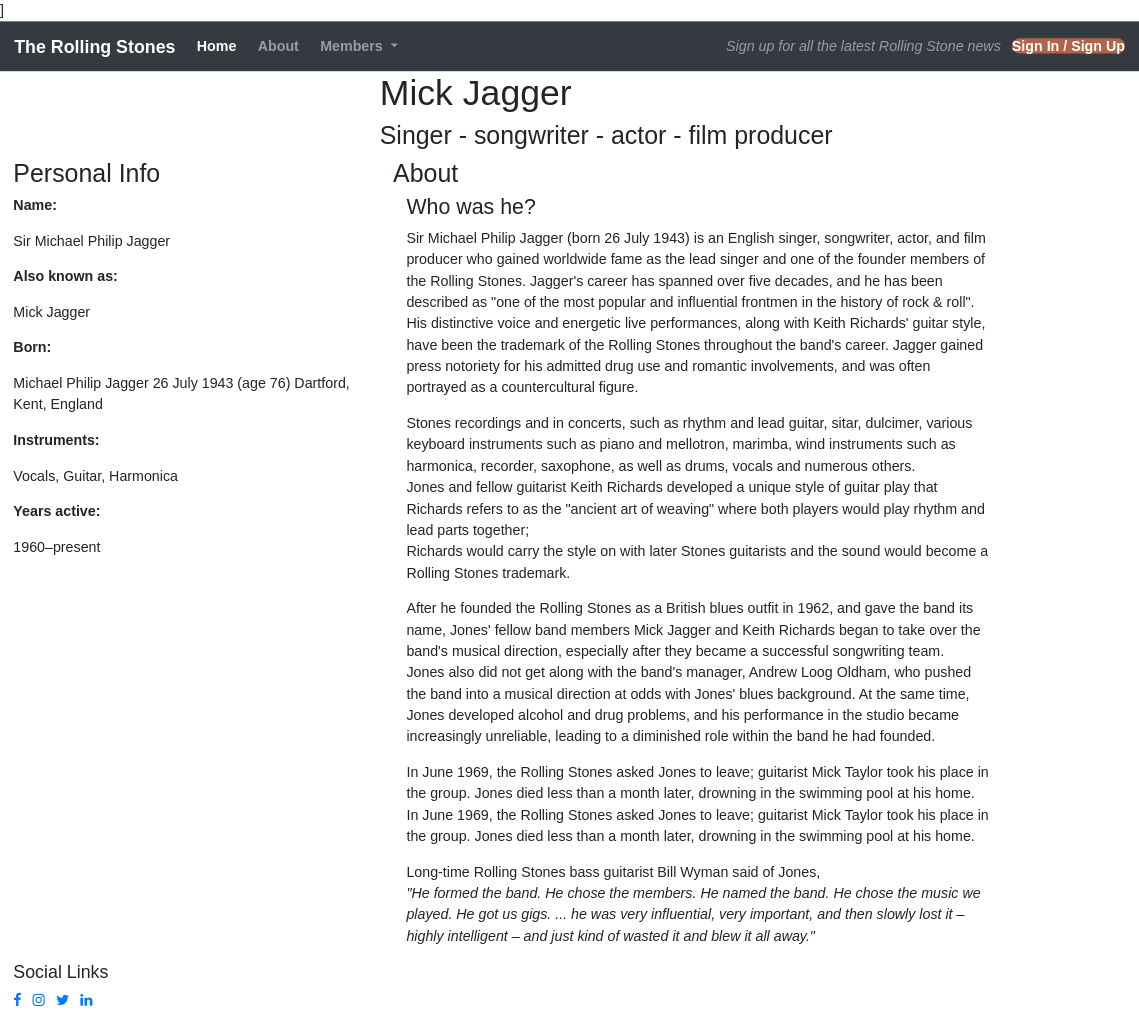
Repository: TecDruid/rolling-stones-fan-site
Page: mick-jagger.html
The author's editor kept a record of every edit. The page is drawn from the files as they stood at one moment, then again after the next edit.
The browser window is 1280 px wide. The pictures show the whole page, at 89% of full size.
Some web fonts or font styles are not loaded; a fallback is used. Some web libraries are served in a nearby version.

Above is the page before.

After the next edit:
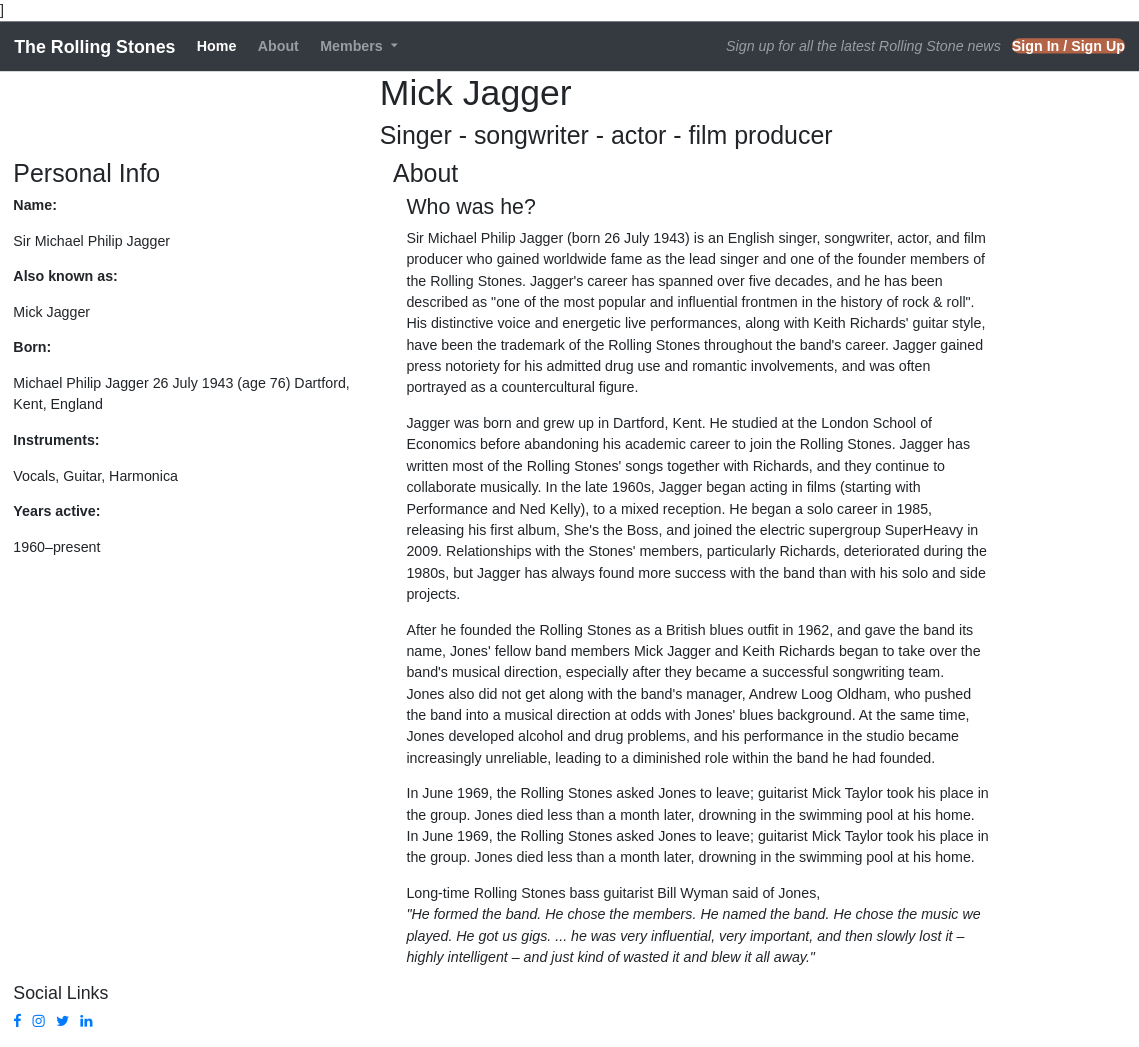
The edit:
--- a/mick-jagger.html
+++ b/mick-jagger.html
@@ -161,8 +161,7 @@
                     </p>
 
                     <p>
-                        Stones recordings and in concerts, such as rhythm and lead guitar, sitar, dulcimer, various keyboard instruments such as piano and mellotron, marimba, wind instruments such as harmonica, recorder, saxophone, as well as drums, vocals and numerous others.<br/>                        Jones and fellow guitarist Keith Richards developed a unique style of guitar play that Richards refers to as the "ancient art of weaving" where both players would play rhythm and lead parts together;<br/> Richards would carry the
-                        style on with later Stones guitarists and the sound would become a Rolling Stones trademark.
+                        Jagger was born and grew up in Dartford, Kent. He studied at the London School of Economics before abandoning his academic career to join the Rolling Stones. Jagger has written most of the Rolling Stones' songs together with Richards, and they continue to collaborate musically. In the late 1960s, Jagger began acting in films (starting with Performance and Ned Kelly), to a mixed reception. He began a solo career in 1985, releasing his first album, She's the Boss, and joined the electric supergroup SuperHeavy in 2009. Relationships with the Stones' members, particularly Richards, deteriorated during the 1980s, but Jagger has always found more success with the band than with his solo and side projects.
                     </p>
                     <p>
                         After he founded the Rolling Stones as a British blues outfit in 1962, and gave the band its name, Jones' fellow band members Mick Jagger and Keith Richards began to take over the band's musical direction, especially after they became a successful songwriting
